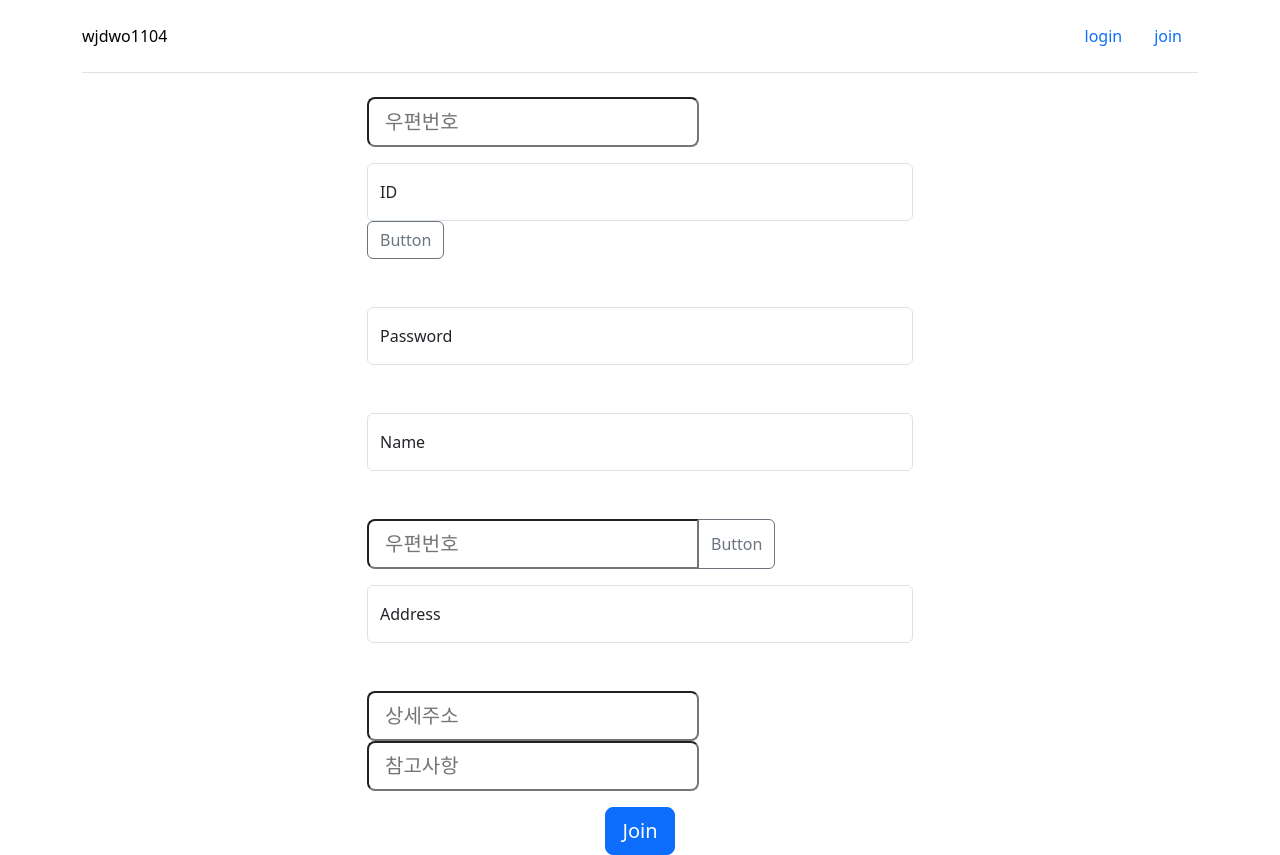
Repository: gain00/lecture1
Page: http://localhost/db-connect/join-form.jsp
These files come from the project's save history. The page is drawn as it stood at one moment and after the next save; the edit follows.
The browser window is 1280 px wide. The pictures show the whole page.
The page is served by Tomcat 9.

Above is the page before, as saved 2023-06-08 00:59:20.

After the next save:
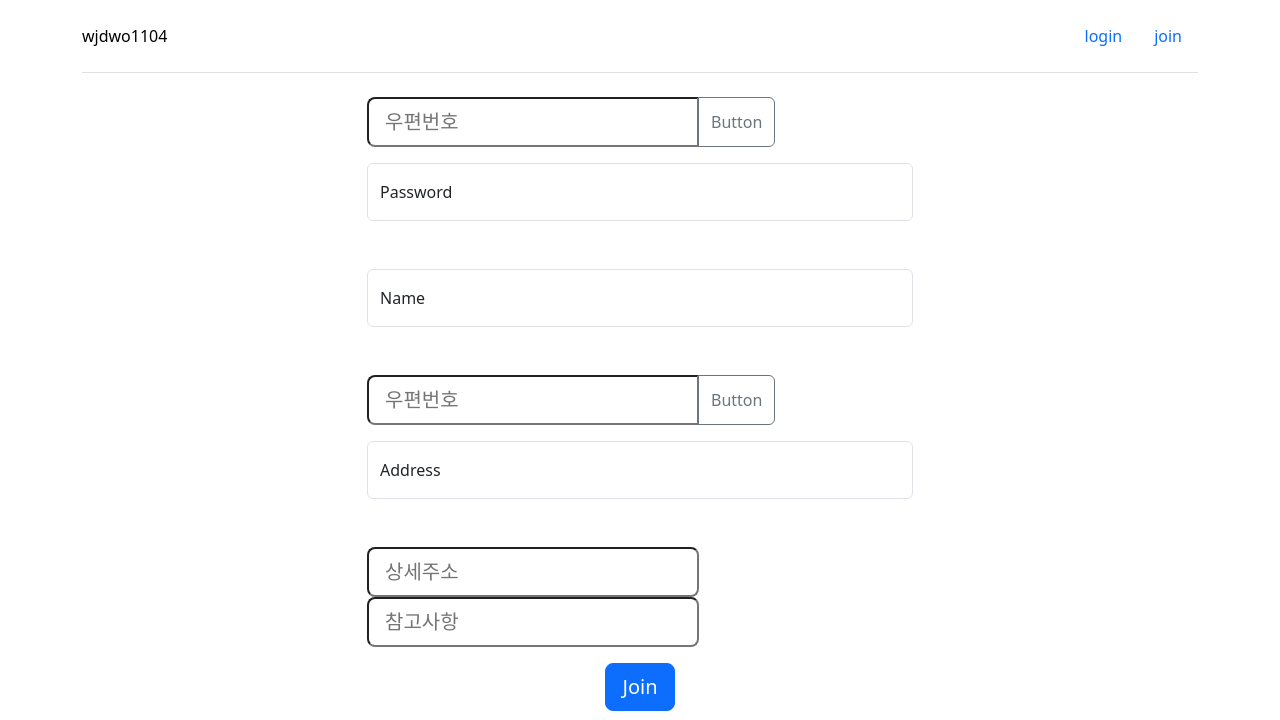
Saved 44 s later.
--- a/db-connect/src/main/webapp/join-form.jsp
+++ b/db-connect/src/main/webapp/join-form.jsp
@@ -7,16 +7,11 @@
       <div class="row justify-content-center">
         <div class="col-6">
 
-             <div class="input-group mb-3">
+           <div class="input-group mb-3">
             <input type="text" class="form-control-lg" placeholder="우편번호" id="zonecode" name="zonecode" readonly />
-
-          </div>
-          <div class="form-floating mb-5">
-            <input type="text" class="form-control" name="userId" id="floatingInput" placeholder="아이디를 입력해주세요" />
-
-            <label for="floatingInput">ID</label>
             <button class="btn btn-outline-secondary" type="button" id="button-addon2" onclick="searchZonecode()">Button</button>
           </div>
+
           <div class="form-floating mb-5">
             <input type="password" class="form-control" name="userPw" id="floatingPassword" placeholder="Password" />
             <label for="floatingPassword">Password</label>
